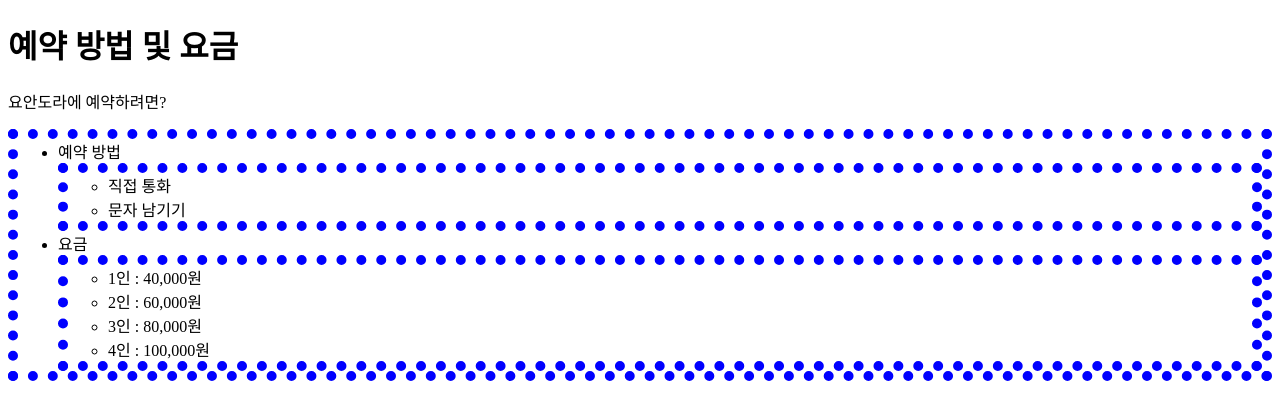
Repository: b1996om/HTML-CSS_study
Page: pro08/public/selector.html
These files come from the project's save history. The page is drawn as it stood at one moment and after the next save; the edit follows.
The browser window is 1280 px wide. The pictures show the whole page.

Above is the page before, as saved 2022-12-08 02:43:45.

After the next save:
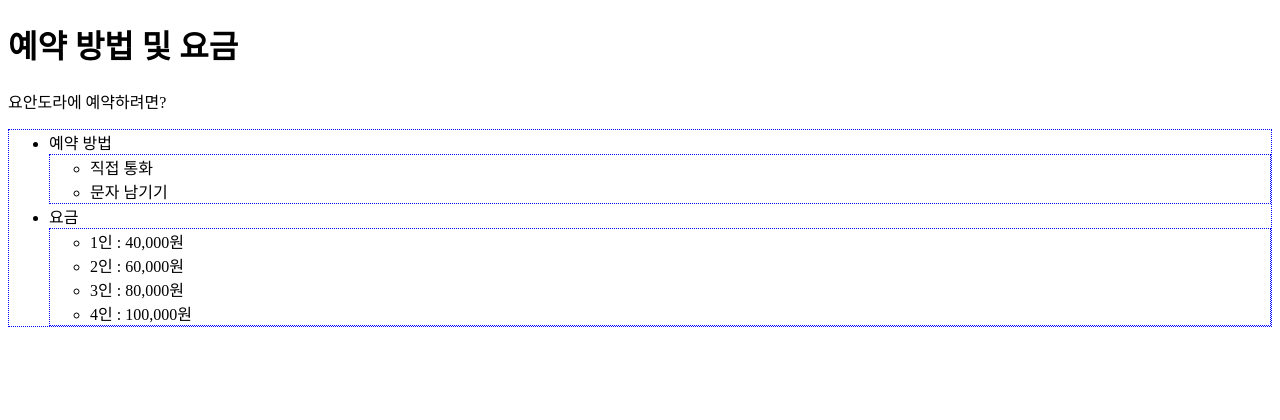
Saved 17 s later.
--- a/pro08/public/selector.html
+++ b/pro08/public/selector.html
@@ -5,7 +5,7 @@
 	<title>하위선택자</title>
 	<style>
 		#container ul {
-			border: 10px dotted blue;
+			border: 1px dotted blue;
 		}
 	</style>
 </head>
